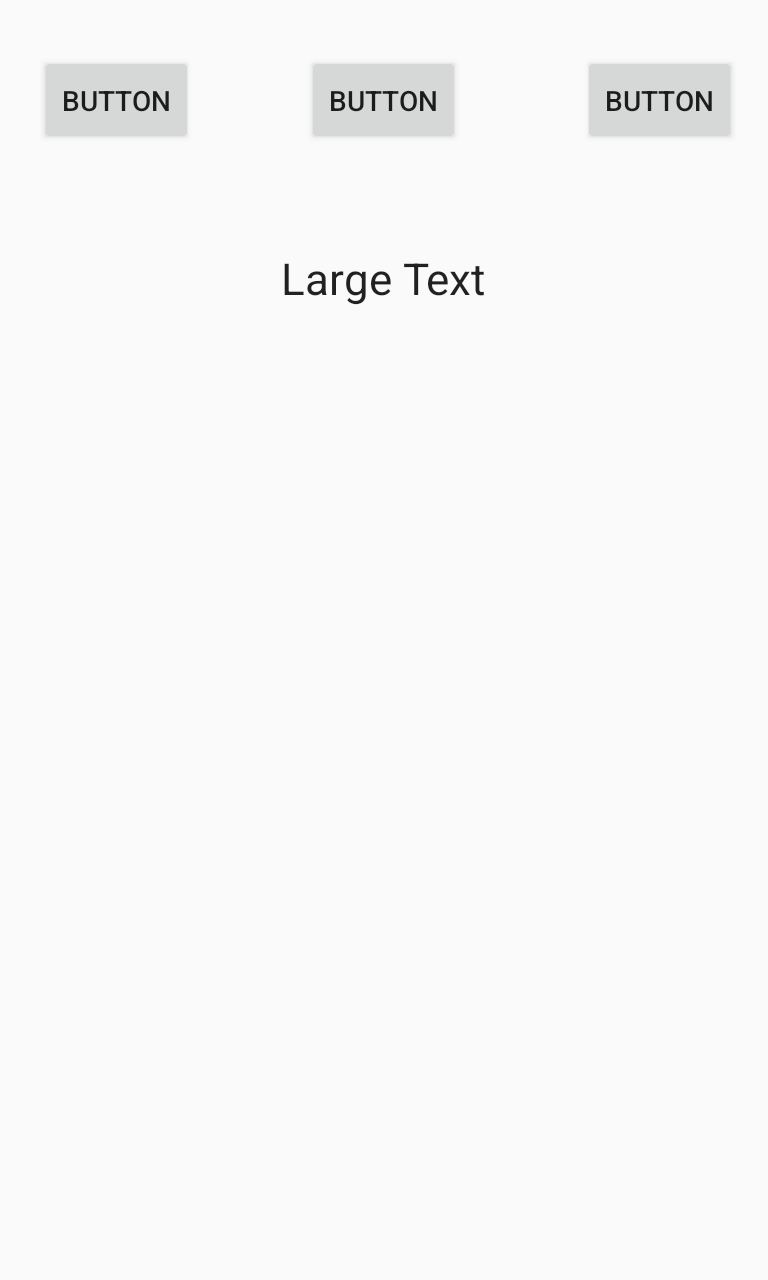
Repository: dev-sean/kosta
Layout: workspace/and1008/res/layout/mybtn.xml
An editor plug-in stored every save of this project. The layout is shown before and after the next save, followed by the edit.
It is drawn on a 768 x 1280 px phone screen (xhdpi) without system bars, with theme AppTheme; the app's code is not run.

Above is the layout before, as saved 2014-10-08 01:59:58.

### workspace/and1008/res/layout/mybtn.xml
<?xml version="1.0" encoding="utf-8"?>
<RelativeLayout xmlns:android="http://schemas.android.com/apk/res/android"
    android:layout_width="match_parent"
    android:layout_height="match_parent" >

    <Button
        android:id="@+id/ex3_btn1"
        style="?android:attr/buttonStyleSmall"
        android:layout_width="wrap_content"
        android:layout_height="wrap_content"
        android:layout_alignParentLeft="true"
        android:layout_alignParentTop="true"
        android:layout_marginLeft="19dp"
        android:layout_marginTop="26dp"
        android:text="Button" />

    <Button
        android:id="@+id/ex3_btn2"
        style="?android:attr/buttonStyleSmall"
        android:layout_width="wrap_content"
        android:layout_height="wrap_content"
        android:layout_alignTop="@+id/ex3_btn1"
        android:layout_centerHorizontal="true"
        android:text="Button" />

    <Button
        android:id="@+id/ex3_btn3"
        style="?android:attr/buttonStyleSmall"
        android:layout_width="wrap_content"
        android:layout_height="wrap_content"
        android:layout_alignParentRight="true"
        android:layout_alignTop="@+id/ex3_btn2"
        android:layout_marginRight="15dp"
        android:text="Button" />

    <TextView
        android:id="@+id/ex3_text"
        android:layout_width="wrap_content"
        android:layout_height="wrap_content"
        android:layout_below="@+id/ex3_btn2"
        android:layout_centerHorizontal="true"
        android:layout_marginTop="50dp"
        android:text="Large Text"
        android:textAppearance="?android:attr/textAppearanceLarge" />

</RelativeLayout>

Loaded but not shown: workspace/and1008/res/values/styles.xml (common file); workspace/and1008/res/values-v11/styles.xml (common file); workspace/and1008/res/values-v14/styles.xml (common file)

After the next save:
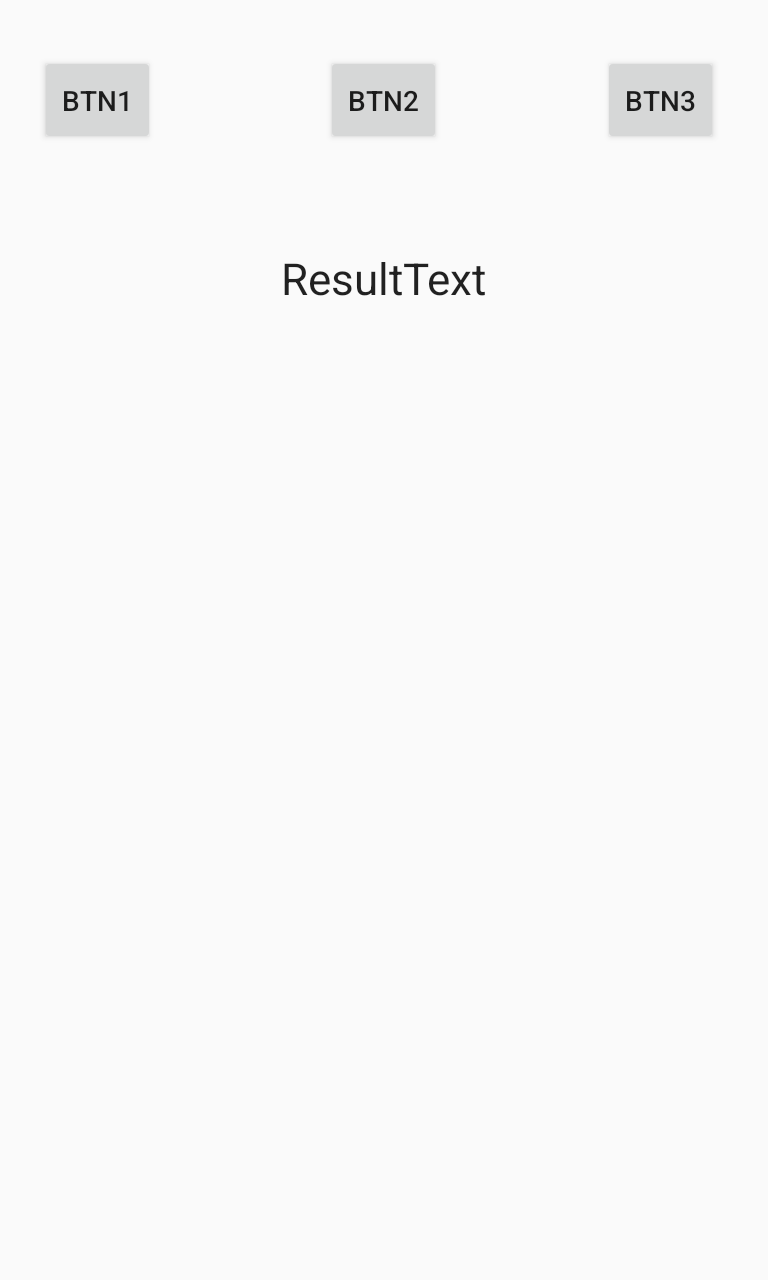
Saved 75 s later.
--- a/workspace/and1008/res/layout/mybtn.xml
+++ b/workspace/and1008/res/layout/mybtn.xml
@@ -12,7 +12,7 @@
         android:layout_alignParentTop="true"
         android:layout_marginLeft="19dp"
         android:layout_marginTop="26dp"
-        android:text="Button" />
+        android:text="Btn1" />
 
     <Button
         android:id="@+id/ex3_btn2"
@@ -21,17 +21,7 @@
         android:layout_height="wrap_content"
         android:layout_alignTop="@+id/ex3_btn1"
         android:layout_centerHorizontal="true"
-        android:text="Button" />
-
-    <Button
-        android:id="@+id/ex3_btn3"
-        style="?android:attr/buttonStyleSmall"
-        android:layout_width="wrap_content"
-        android:layout_height="wrap_content"
-        android:layout_alignParentRight="true"
-        android:layout_alignTop="@+id/ex3_btn2"
-        android:layout_marginRight="15dp"
-        android:text="Button" />
+        android:text="Btn2" />
 
     <TextView
         android:id="@+id/ex3_text"
@@ -40,7 +30,17 @@
         android:layout_below="@+id/ex3_btn2"
         android:layout_centerHorizontal="true"
         android:layout_marginTop="50dp"
-        android:text="Large Text"
+        android:text="ResultText"
         android:textAppearance="?android:attr/textAppearanceLarge" />
 
+    <Button
+        android:id="@+id/ex3_btn3"
+        style="?android:attr/buttonStyleSmall"
+        android:layout_width="wrap_content"
+        android:layout_height="wrap_content"
+        android:layout_above="@+id/ex3_text"
+        android:layout_alignParentRight="true"
+        android:layout_marginRight="24dp"
+        android:text="Btn3" />
+
 </RelativeLayout>
